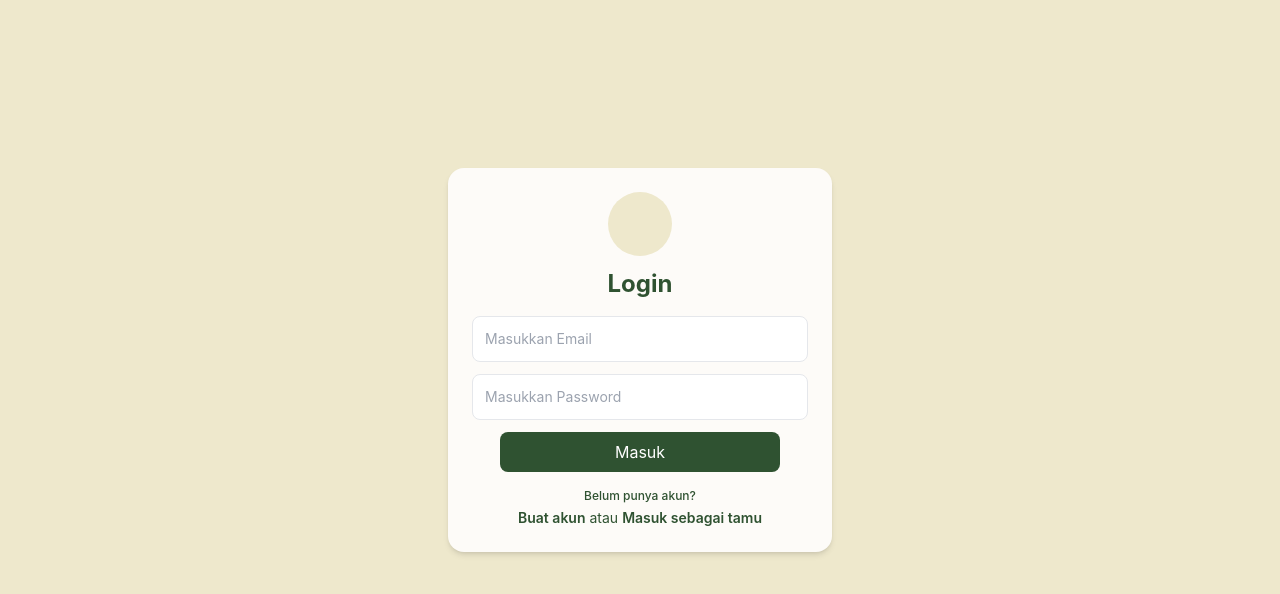
Repository: PajarAland/DiagramCoffee
Page: /home
The author's editor kept a copy of each file at every save. The page is drawn from the files as they stood at one save, then again after the next save.
The browser window is 1280 px wide. The pictures show the whole page.
The page's requests for data from a server got no answer. The project was rebuilt for these pictures with package versions that can differ from the ones it lists, and the page was loaded fresh each time. Some packages were replaced by stand-ins written for this rebuild. No one was signed in, and anything a server would have sent is missing. Also part of the build but not shown: vite.config.js, src/pages/Landing.jsx, src/pages/Register.jsx, src/pages/Home.jsx.

Above is the page before, as saved 2026-04-26 02:47:38.

After the next save:
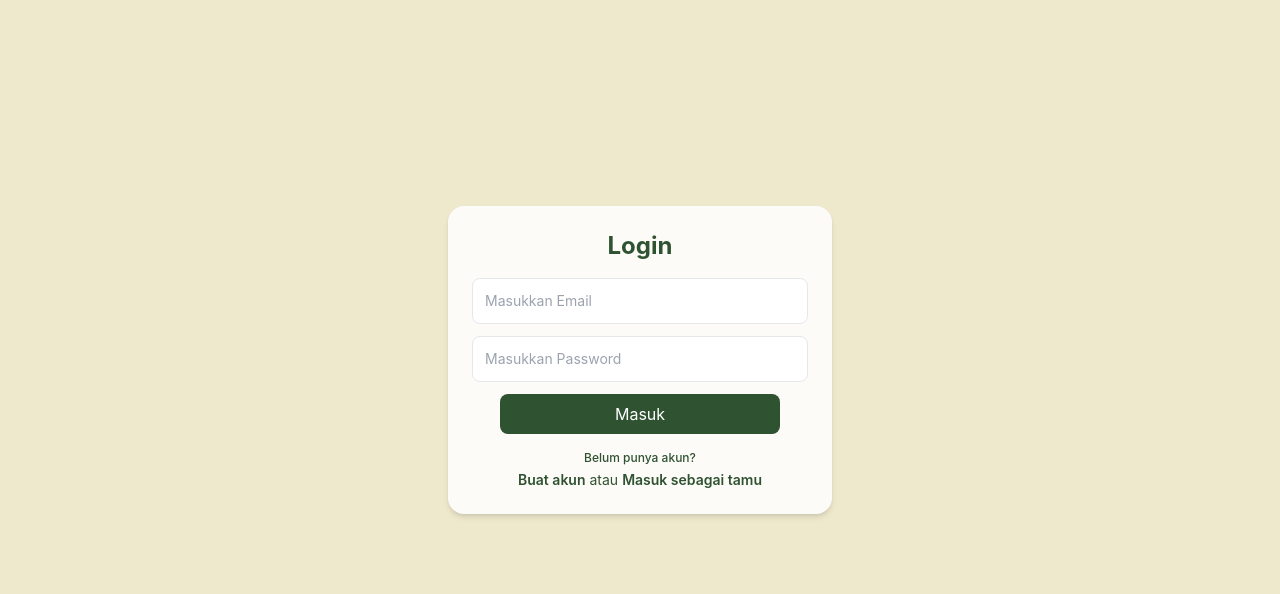
Saved 3 min 37 s later.
--- a/src/pages/Login.jsx
+++ b/src/pages/Login.jsx
@@ -1,11 +1,13 @@
 import { useState } from "react";
-import { useNavigate } from "react-router-dom";
-import { Link } from "react-router-dom";
+import { useNavigate, Link } from "react-router-dom";
 import API from "../services/api";
 import Swal from "sweetalert2";
+import { useAuth } from "../context/AuthContext";
 
 function Login() {
     const navigate = useNavigate();
+    const { login } = useAuth(); // 🔥 penting
+
     const [email, setEmail] = useState("");
     const [password, setPassword] = useState("");
 
@@ -20,17 +22,15 @@ function Login() {
                 password,
             });
 
-            const data = response.data;
-            console.log(data);
-
             if (response.data.success) {
+                login(response.data.data); // 🔥 INI FIX BUG A → B
                 navigate("/home");
             }
 
         } catch (error) {
             console.error(error);
 
-            if (error.response.data.errors) {
+            if (error.response?.data?.errors) {
                 Swal.fire({
                     icon: "error",
                     title: "Validasi Gagal",
@@ -40,7 +40,7 @@ function Login() {
                 Swal.fire({
                     icon: "error",
                     title: "Error",
-                    text: error.response.data.message,
+                    text: error.response?.data?.message,
                 });
             }
         }
@@ -48,59 +48,52 @@ function Login() {
 
     return (
         <div className="min-h-screen bg-[#EEE8CC] flex items-center justify-center">
-        <div className="bg-[#FDFBF8] w-full max-w-sm rounded-2xl p-6 shadow-md text-center">
+            <div className="bg-[#FDFBF8] w-full max-w-sm rounded-2xl p-6 shadow-md text-center">
 
-            {/* Avatar */}
-            <div className="w-16 h-16 bg-[#EEE8CC] rounded-full mx-auto mb-3"></div>
+                <h2 className="text-[#2F5231] font-bold text-2xl mb-4">
+                    Login
+                </h2>
 
-            {/* Title */}
-            <h2 className="text-[#2F5231] font-bold text-2xl mb-4">
-            Login
-            </h2>
+                <form onSubmit={handleLogin} className="space-y-3">
 
-            {/* Form */}
-            <form onSubmit={handleLogin} className="space-y-3">
+                    <input
+                        type="email"
+                        placeholder="Masukkan Email"
+                        value={email}
+                        onChange={(e) => setEmail(e.target.value)}
+                        className="w-full border rounded-lg px-3 py-3 text-sm outline-none"
+                    />
 
-            <input
-                type="email"
-                placeholder="Masukkan Email"
-                value={email}
-                onChange={(e) => setEmail(e.target.value)}
-                className="w-full border rounded-lg px-3 py-3 text-sm outline-none"
-            />
+                    <input
+                        type="password"
+                        placeholder="Masukkan Password"
+                        value={password}
+                        onChange={(e) => setPassword(e.target.value)}
+                        className="w-full border rounded-lg px-3 py-3 text-sm outline-none"
+                    />
 
-            <input
-                type="password"
-                placeholder="Masukkan Password"
-                value={password}
-                onChange={(e) => setPassword(e.target.value)}
-                className="w-full border rounded-lg px-3 py-3 text-sm outline-none"
-            />
+                    <button
+                        type="submit"
+                        className="w-10/12 bg-[#2F5231] text-white py-2 rounded-lg mt-2"
+                    >
+                        Masuk
+                    </button>
+                </form>
 
-            {/* Button */}
-            <button
-                type="submit"
-                className="w-10/12 bg-[#2F5231] text-white py-2 rounded-lg mt-2"
-            >
-                Masuk
-            </button>
-            </form>
+                <p className="text-xs text-[#2F5231] font-medium mt-4">
+                    Belum punya akun?
+                </p>
 
-            {/* Footer */}
-            <p className="text-xs text-[#2F5231] font-medium mt-4">
-            Belum punya akun?
-            </p>
-
-            <div className="text-sm text-[#2F5231] mt-1 flex items-center justify-center gap-1">
-                <Link to="/register" className="font-semibold hover:underline">
-                    Buat akun
-                </Link>
-                <span className="font-normal">atau</span>
-                <Link to="/homeGuest" className="font-semibold hover:underline">
-                    Masuk sebagai tamu
-                </Link>
+                <div className="text-sm text-[#2F5231] mt-1 flex items-center justify-center gap-1">
+                    <Link to="/register" className="font-semibold hover:underline">
+                        Buat akun
+                    </Link>
+                    <span>atau</span>
+                    <Link to="/homeGuest" className="font-semibold hover:underline">
+                        Masuk sebagai tamu
+                    </Link>
+                </div>
             </div>
-        </div>
         </div>
     );
 }
